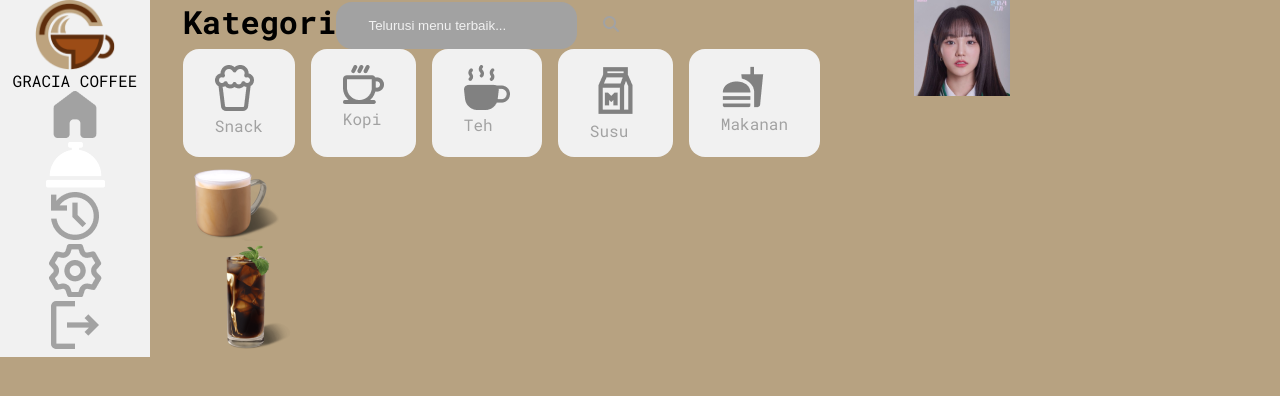
Repository: DanielChuaaa/sbd2
Page: index.html
An editor plug-in stored every save of this project. The page is shown before and after the next save, followed by the edit.
The browser window is 1280 px wide. The pictures show the whole page.
Some web libraries are served in a nearby version.

Above is the page before, as saved 2023-10-20 11:09:18.

### index.html
<!DOCTYPE html>
<html lang="en">
<head>
    <meta charset="UTF-8">
    <meta name="viewport" content="width=device-width, initial-scale=1.0">
    <title>Document</title>
    <link href="https://fonts.googleapis.com/css2?family=Roboto+Mono:wght@400;600;700&display=swap" rel="stylesheet" />
    <link
      rel="stylesheet"
      href="https://cdnjs.cloudflare.com/ajax/libs/font-awesome/6.1.2/css/all.min.css"
      integrity="sha512-1sCRPdkRXhBV2PBLUdRb4tMg1w2YPf37qatUFeS7zlBy7jJI8Lf4VHwWfZZfpXtYSLy85pkm9GaYVYMfw5BC1A=="
      crossorigin="anonymous"
      referrerpolicy="no-referrer"
    />
    <link rel="stylesheet" href="style.css">
</head>
<body>
    <div class="container">
        <div class="grid-wrapper">
            <div class="icon">
                <img src="/assets/logo projek SBD 1.png" width="80px" height="70px" alt="logo">
                <p>GRACIA COFFEE</p>
                <a href="#"><img src="./assets/home.png" alt="home"></a>
                <a href="#"><img src="./assets/menu.png" alt="menu"></a>
                <a href="#"><img src="./assets/history.png" alt="history"></a>
                <a href="#"><img src="./assets/setting.png" alt="setting"></a>

                <a href="#"><img src="./assets/logout.png" alt="logout"></a>
            </div>

            <div class="content">
                <div class="nav">
                    <h1>Kategori</h1>
                    <div class="inputWrapper">
                        <input type="text" name="text" id="text" class="input" placeholder="Telurusi menu terbaik...">
                        <i class="fa-solid fa-magnifying-glass"></i>
                    </div>
                </div>

                <div class="menu">
                    <div class="iconMenu"><a href="#"><img src="./assets/popcorn.png" alt="popcorn"></a>
                        <p>Snack</p>
                    </div>
                    <div class="iconMenu"><a href="#"><img src="./assets/kopi.png" alt="kopi"></a>
                        <p>Kopi</p>
                    </div>
                    <div class="iconMenu"><a href="#"><img src="./assets/teh.png" alt="teh"></a>
                        <p>Teh</p>
                    </div>
                    <div class="iconMenu"><a href="#"><img src="./assets/susu.png" alt="susu"></a>
                        <p>Susu</p>
                    </div>
                    <div class="iconMenu"><a href="#"><img src="./assets/makanan.png" alt="makanan"></a>
                        <p>Makanan</p>
                    </div>
                </div>

                <div class="orderMenu">
                    <div class="menu1">
                        <img src="./assets/Vanilla Latte_LongShadow_Cream_1 1.png" alt="">
                    </div>
                    <div class="menu2"><img src="./assets/10032021_Vietnamese_LS-min 1.png" alt=""></div>
                </div>
            </div>

            <div class="order">
                <img src="/assets/g_8___8_idola_cantik_berbakat_alumni_sm_entertainment_yang_sudah_debut_di_girlgroup_agensi_lain_p_eks_sm_trainee-20220408-001-non_fotografer_kly 1.png" alt="">
            </div>
        </div>
    </div>
</body>
</html>

### style.css
:root{
    --clr-primary-100: #B7A281;

    --clr-neutral-100: #818181;
    --clr-neutral-200: #A2A2A2;
    --clr-neutral-300: #D9D9D9;
    --clr-neutral-400: #F8F8F8;
    --clr-neutral-500:  #f1f1f1;

    --ff: "Roboto Mono", monospace;

    --fw-regular: 400;
    --fw-semi-bold: 600;
    --fw-bold: 700;
}

*{
    box-sizing: border-box;
    margin: 0;
    padding: 0;
}

body{
    font-family: var(--ff);
    background-color: #B7A281;
}

.grid-wrapper{
    display: grid;
    grid-template-columns: 0.5fr 2fr 1fr;
}

.icon{
    background: var(--clr-neutral-500);

    display: flex;
    flex-direction: column;

    align-items: center;
    max-width: 150px;
    height: auto;
}

.fa-solid{
    color: var(--clr-neutral-200);
    padding: 1rem;
}


/* content */

.nav{
    display: flex;

}

.input{
    background: var(--clr-neutral-200);

    border: none;
    padding: 1rem 2rem;
    border-radius: 1rem;

}

::placeholder{
    color: var(--clr-neutral-500);
}

.menu{
    display: flex;
    gap: 1rem;
}

.iconMenu{
    background: var(--clr-neutral-500);

    padding: 1rem 2rem;
    border-radius: 1rem;
}

.iconMenu p{
    color: var(--clr-neutral-200);
}

After the next save:
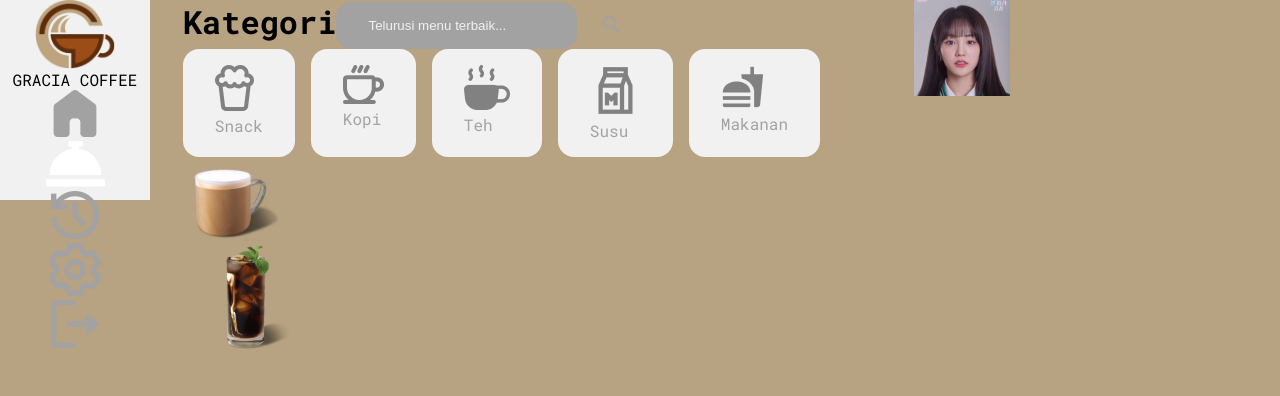
Saved 4 s later.
--- a/style.css
+++ b/style.css
@@ -38,7 +38,7 @@ body{
 
     align-items: center;
     max-width: 150px;
-    height: auto;
+    height: 200px;
 }
 
 .fa-solid{

After the 2 saves that followed:
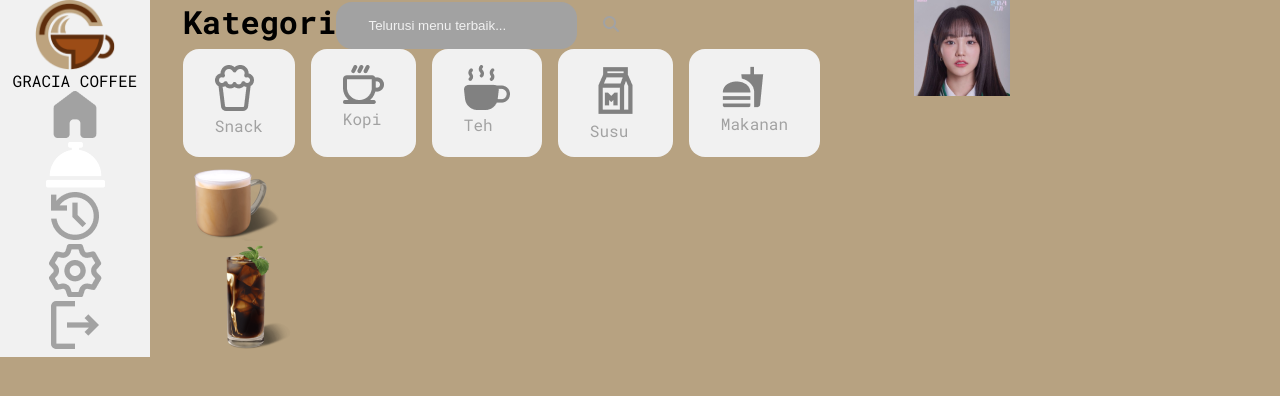
The 2 saves are shown as one change because they came seconds apart.
The last was saved 6 s later.
--- a/style.css
+++ b/style.css
@@ -38,7 +38,7 @@ body{
 
     align-items: center;
     max-width: 150px;
-    height: 200px;
+    height: auto;
 }
 
 .fa-solid{
